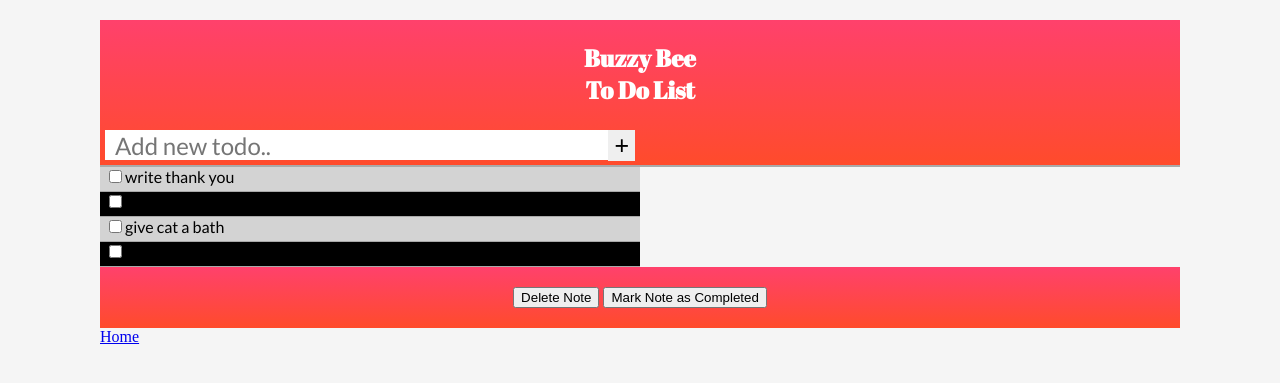
Repository: seleniadelgado/backend-spring2020-angie
Page: projects/todo/public_html/index.html
These files come from the project's save history. The page is drawn as it stood at one moment and after the next save; the edit follows.
The browser window is 1280 px wide. The pictures show the whole page.
The page's requests for data from a server got no answer.

Above is the page before, as saved 2020-05-13 16:09:49.

### projects/todo/public_html/index.html
<!DOCTYPE html>

<html lang="en">
    <head>
        <meta charset="utf-8">
        <title>Buzzy Bee - To Do List</title>
        <meta name="description" content="The HTML5 Herald">
        <meta name="author" content="SitePoint">
        <link rel="stylesheet" href="styles.css">
        <link href="https://fonts.googleapis.com/css2?family=Abril+Fatface&family=Lato&display=swap" rel="stylesheet">
        <script
            src="https://code.jquery.com/jquery-3.5.0.min.js"
            integrity="sha256-xNzN2a4ltkB44Mc/Jz3pT4iU1cmeR0FkXs4pru/JxaQ="
            crossorigin="anonymous">
        </script>
</head>
<body>
    <main>
    <div class="sectionTitle">
        <div class="appTitle">
            <h2>Buzzy Bee <br> To Do List</h2>
        </div>
        <div id="addNote">
            <input type="text" id="newNote" placeholder="Add new todo..">
            <button id="addBtn" type="button">+</button>
        </div>
    </div>

    <ul id="myList">
        <li><label class="container"><input type="checkbox"><span class="checkmark">write thank you</span></label></li>
        <li><label class="container"><input type="checkbox"><span class="checkmark">clean car</span></label></li>
        <li><label class="container"><input type="checkbox"><span class="checkmark">give cat a bath</span></label></li>
        <li><label class="container"><input type="checkbox"><span class="checkmark">Meal prep</span></label></li>
    </ul>
    <div class="buttonsArea">
        <button type="button">Delete Note</button>
        <button type="button">Mark Note as Completed</button>
    </div>

</main>




















    <a href="http://localhost:3000/">Home</a>



    <script>
        $(document).ready(() => {
            let objectToSend = {
                note: "Do somethings",
                author: "Nick"
            }

            $.post("http://localhost:3000/newNote", objectToSend, (dataToGet) => {
                console.log(dataToGet);
            });
            $.post("http://localhost:3000/readNotes", {}, (dataToGet) => {
                let allNotesArray = dataToGet.notes;

                console.log(allNotesArray);
            })
        })

        //import the data from default user
        // make JSON into JS with parse.
        //with the list we want to populate our ul.
        //use jquery to access the dom, grab the string
        //loop over notes
        //add the note as an li to the ul
        //  Create li with jquery.
        //  target the ul with jquery and append the li.
        //note: $('<li></li>'')
        //      $('ul') -> a jquery list which holds the ul.
        //      get 1st element from the array

    </script>
</body>
</html>

### projects/todo/public_html/styles.css
:root {
    --main-color: linear-gradient(#FF416C, #FF4B2B);
    --background-color: whitesmoke;
    --title-font: 'Abril Fatface', cursive, sans-serif;
    --list-font: 'Lato', sans-serif;
}

html {
    background: var(--background-color);
    height: 100%;
}
* {
    box-sizing: border-box;
}
body {
    margin: 0px 100px 75px 100px;
}

.sectionTitle {
    background: var(--main-color);
    text-align: center;
    border-bottom: 2px solid darkgray;
    margin-top: 0%;
    font-family: var(--title-font);
}

.appTitle h2 {
    color: white;
    padding-top: 2%;
}
#addNote {
    display: flex;
    align-items: flex-start;
    padding: 5px;
    height: 30px;
    width: 50%;
    margin-bottom: 10px;
    font-family: 'Gill Sans', 'Gill Sans MT', Calibri, 'Trebuchet MS', sans-serif;
}
#addBtn {
    margin-left: 0%;
    font-size: 25px;
    color: none;
    border: none;
    background: light-grey;
}
#newNote {
    border: none;
    width: 100%;
    height: 150%;
    font-size: 24px;
    font-family: var(--list-font);
    padding-left: 10px;
}

#myList li:nth-child(odd) {
    background: lightgray;
  }
#myList {
    list-style: none;
    padding: 0px;
    margin-top: 0px;
    margin-bottom: 0px;
}

#myList li {
    cursor: pointer;
    height: 25px;
    border-bottom: 1px solid darkgray;
    background-color: black;
    padding-left: 5px;
    font-family: var(--list-font);
    width: 50%;
}
.container {
    font:
}
.buttonsArea {
    background: var(--main-color);
    text-align: center;
    padding: 20px;
}

After the next save:
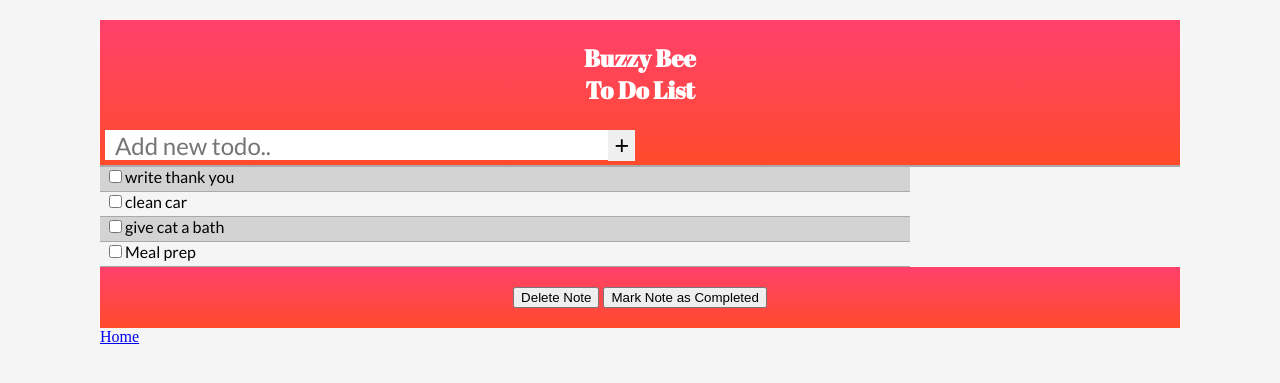
Saved 16 s later.
--- a/projects/todo/public_html/styles.css
+++ b/projects/todo/public_html/styles.css
@@ -67,10 +67,10 @@ body {
     cursor: pointer;
     height: 25px;
     border-bottom: 1px solid darkgray;
-    background-color: black;
+    background-color: whitesmoke;
     padding-left: 5px;
     font-family: var(--list-font);
-    width: 50%;
+    width: 75%;
 }
 .container {
     font:
